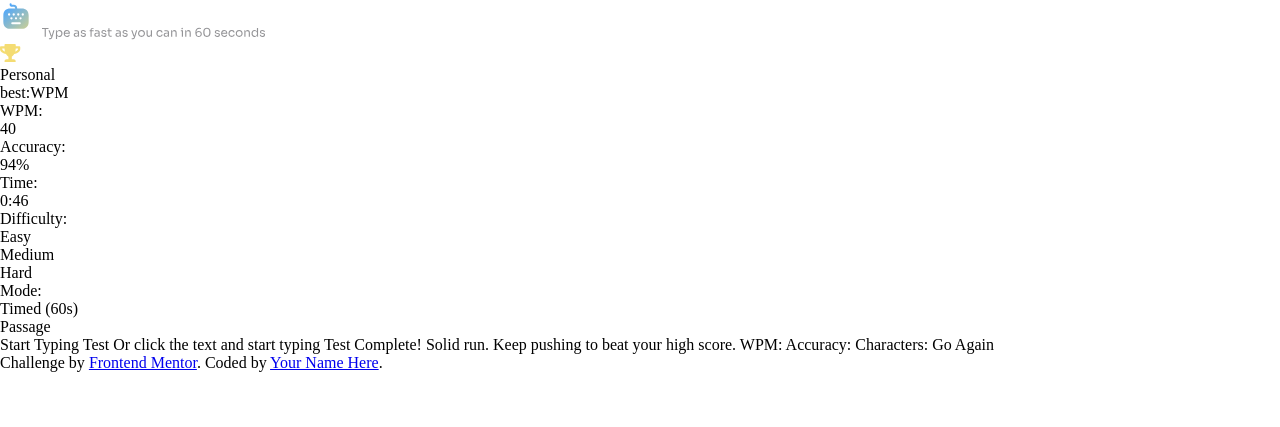
Repository: eva003n/typing-speed-test
Page: index.html
An editor plug-in stored every save of this project. The page is shown before and after the next save, followed by the edit.
The browser window is 1280 px wide. The pictures show the whole page.

Above is the page before, as saved 2026-02-13 00:38:07.

### index.html
<!doctype html>
<html lang="en">
  <head>
    <meta charset="UTF-8" />
    <meta name="viewport" content="width=device-width, initial-scale=1.0" />
    <!-- displays site properly based on user's device -->

    <link
      rel="icon"
      type="image/png"
      sizes="32x32"
      href="./assets/images/favicon-32x32.png"
    />
    <link rel="stylesheet" href="/style.css" />
    <title>Frontend Mentor | Typing Speed Test</title>
  </head>
  <body>
    <header class="header">
      <div class="header-top">
        <div>
          <!-- logo -->
          <img
            srcset="
              assets/images/logo-small.svg  32w,
              assets/images/logo-large.svg 267w
            "
            sizes="(width <= 600px) 32px,
               267px"
            src="assets/images/logo-small.svg"
            alt="Typing speed test logo icon"
          />
        </div>
        <div>
          <svg
            xmlns="http://www.w3.org/2000/svg"
            width="21"
            height="18"
            fill="none"
            viewBox="0 0 21 18"
          >
            <path
              fill="#f4dc73"
              d="M19.406 2.25c.457 0 .844.387.844.844v1.969c0 1.265-.809 2.566-2.18 3.55-1.125.809-2.46 1.301-3.867 1.477-1.125 1.828-2.39 2.566-2.39 2.566v2.531H13.5c1.23 0 2.25.739 2.25 1.97v.421c0 .246-.21.422-.422.422H4.922a.406.406 0 0 1-.422-.422v-.422c0-1.23.984-1.968 2.25-1.968h1.688v-2.532s-1.301-.738-2.426-2.566c-1.407-.176-2.742-.668-3.867-1.477C.773 7.63 0 6.328 0 5.063v-1.97c0-.456.352-.843.844-.843H4.5V.844C4.5.387 4.852 0 5.344 0h9.562c.457 0 .844.387.844.844V2.25zM3.48 6.785c.422.317.915.563 1.477.774A12.7 12.7 0 0 1 4.5 4.5H2.25v.563c0 .421.352 1.125 1.23 1.722M18 5.062V4.5h-2.285a12.7 12.7 0 0 1-.457 3.059c.562-.211 1.055-.457 1.476-.774C17.367 6.363 18 5.66 18 5.062"
            />
          </svg>
          <p class="personal-text">Personal</p>
          <p class="best-txt">best:<span class="typing-unit">WPM</span></p>
        </div>
      </div>
      <div class="header-bottom">
        <div class="header-left">
          <div>
            <p>WPM:</p>
            <span>40</span>
          </div>
          <div>
            <p>Accuracy:</p>
            <span>94%</span>
          </div>
          <div>
            <p>Time:</p>
            <span>0:46</span>
          </div>
        </div>
        <div class="header-right">
          <div class="difficulty">
            <p class="difficulty-txt">Difficulty:</p>
            <ul>
              <li>Easy</li>
              <li>Medium</li>
              <li>Hard</li>
            </ul>
          </div>
          <div class="mode">
            <p class="mode-txt">Mode:</p>
            <ul>
              <li>Timed (60s)</li>
              <li>Passage</li>
            </ul>

          </div>
        </div>
      </div>
    </header>
    <section></section>

    <!-- Passage -->

    Start Typing Test Or click the text and start typing

    <!-- Test Complete Start -->

    Test Complete! Solid run. Keep pushing to beat your high score. WPM:
    <!-- WPM -->
    Accuracy:
    <!-- Accuracy -->
    Characters:
    <!-- Correct/Incorrect -->

    Go Again

    <!-- Test Complete End -->

    <div class="attribution">
      Challenge by
      <a href="https://www.frontendmentor.io?ref=challenge">Frontend Mentor</a>.
      Coded by <a href="#">Your Name Here</a>.
    </div>
  </body>
</html>

### style.css
/* sora-regular - latin */
@font-face {
  font-display: swap; /* Check https://developer.mozilla.org/en-US/docs/Web/CSS/@font-face/font-display for other options. */
  font-family: 'Sora';
  font-style: normal;
  font-weight: 400;
  src: url('/assets/fonts/sora-v17-latin-regular.woff2') format('woff2'); /* Chrome 36+, Opera 23+, Firefox 39+, Safari 12+, iOS 10+ */
}
/* sora-600 - latin */
@font-face {
  font-display: swap; /* Check https://developer.mozilla.org/en-US/docs/Web/CSS/@font-face/font-display for other options. */
  font-family: 'Sora';
  font-style: normal;
  font-weight: 600;
  src: url('/assets/fonts/sora-v17-latin-600.woff2') format('woff2'); /* Chrome 36+, Opera 23+, Firefox 39+, Safari 12+, iOS 10+ */
}
/* sora-700 - latin */
@font-face {
  font-display: swap; /* Check https://developer.mozilla.org/en-US/docs/Web/CSS/@font-face/font-display for other options. */
  font-family: 'Sora';
  font-style: normal;
  font-weight: 700;
  src: url('/assets/fonts/sora-v17-latin-700.woff2') format('woff2'); /* Chrome 36+, Opera 23+, Firefox 39+, Safari 12+, iOS 10+ */
}

:root {
--green-500: hsl(140, 63%, 57%);
--red-500: hsl(354, 63%, 57%);
--yellow-400: hsl(49, 85%, 70%);

--blue-600: hsl(214, 100%, 55%);
--blue-400: hsl(210, 100%, 65%);


--neutral-900: hsl(0, 0%, 7%);
--neutral-800: hsl(0, 0%, 15%);
--neutral-500: hsl(240, 3%, 46%);
--neutral-400: hsl(240, 1%, 59%);
--neutral-0: hsl(0, 0%, 100%);

--fz-sm: 1rem;

--fw-400: 400;
--fw-600: 600;
--fw-700: 700;
}

*,
*::before,
*::after {
    margin: 0;
    padding: 0;
}

body {
    min-height: 100svh;
    font-size: var(--fz-sm);

}

.grid {
  display: grid;
  gap: var(--gap, 1rem);
}
.flex {
  display: flex;
  gap: var(--gap, 1rem);
}

.header {

}

After the next save:
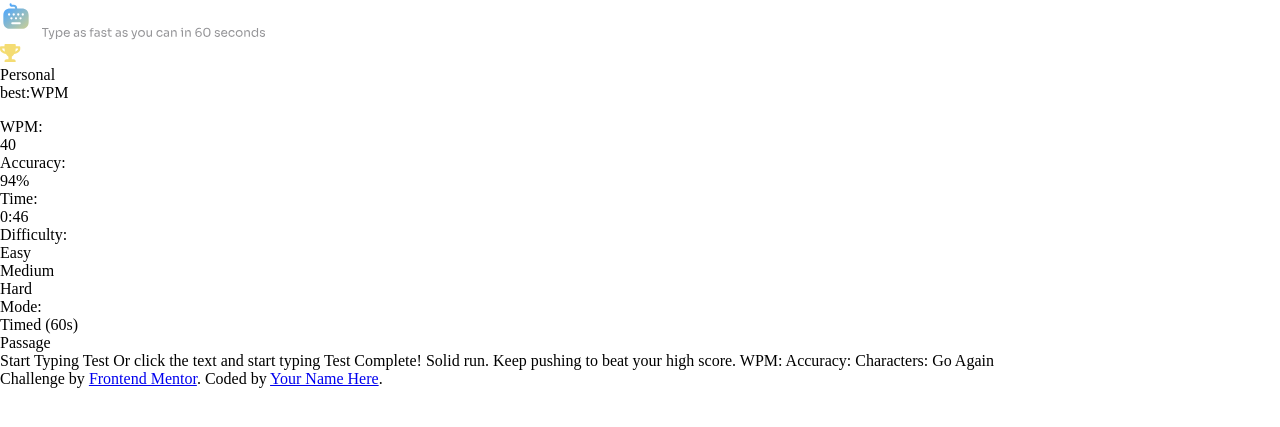
Saved 12 s later.
--- a/index.html
+++ b/index.html
@@ -15,7 +15,7 @@
     <title>Frontend Mentor | Typing Speed Test</title>
   </head>
   <body>
-    <header class="header">
+    <header class="grid header">
       <div class="header-top">
         <div>
           <!-- logo -->
